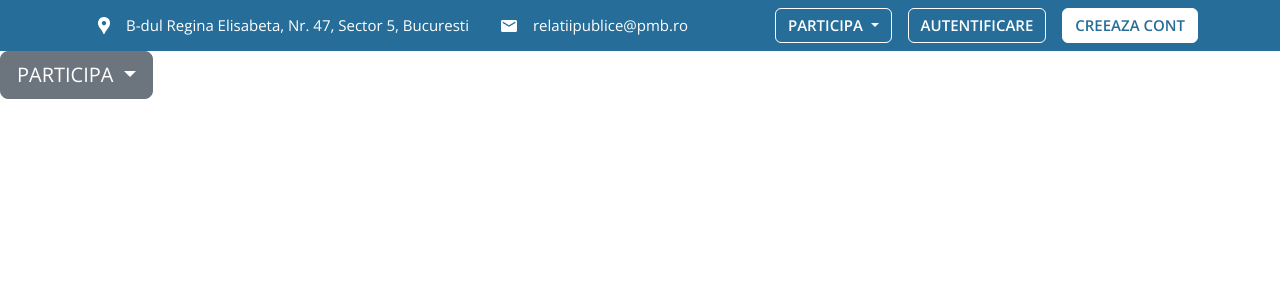
Repository: cosmin05072018/webis-task
Page: index.html
The author's editor kept a copy of each file at every save. The page is drawn from the files as they stood at one save, then again after the next save.
The browser window is 1280 px wide. The pictures show the whole page.

Above is the page before, as saved 2024-09-29 13:27:39.

### index.html
<!DOCTYPE html>
<html lang="en">
<head>
    <meta charset="UTF-8">
    <meta name="viewport" content="width=device-width, initial-scale=1.0">
    <title>Platforma-Bugetare</title>
    <link href="https://cdn.jsdelivr.net/npm/bootstrap@5.3.3/dist/css/bootstrap.min.css" rel="stylesheet" integrity="sha384-QWTKZyjpPEjISv5WaRU9OFeRpok6YctnYmDr5pNlyT2bRjXh0JMhjY6hW+ALEwIH" crossorigin="anonymous">
    <link rel="stylesheet" href="./assets/css/style.css">
</head>
<body>
<div class="container-fluid p-0">
  <div class="container navbar-top">
    <div class="d-flex justify-content-between align-items-center">
      <div class="d-flex left-section">
        <div class="p-3 d-flex align-items-center gap-3">
          <img class="location" src="./assets/images/location.png" alt="location">
          <p class="text-white m-0">B-dul Regina Elisabeta, Nr. 47, Sector 5, Bucuresti</p>
        </div>
        <div class="p-3 d-flex align-items-center gap-3">
          <img class="mail" src="./assets/images/mail.png" alt="location">
          <p class="text-white m-0">relatiipublice@pmb.ro</p>
        </div>
      </div>
      <div class="d-flex right-section">
        <div class="dropdown">
          <button class="btn rounded dropdown-toggle" type="button" id="dropdownMenuButton1" data-bs-toggle="dropdown" aria-expanded="false">
            PARTICIPA
          </button>
          <ul class="dropdown-menu" aria-labelledby="dropdownMenuButton1">
            <li><a class="dropdown-item" href="#">Depune un proiect</a></li>
            <li><a class="dropdown-item" href="#">Proiectele mele</a></li>
            <li><a class="dropdown-item" href="#">Proiecte favorite</a></li>
          </ul>
        </div>
          <a href="#" class="btn">AUTENTIFICARE</a>
          <a href="#" class="btn">CREEAZA CONT</a>
      </div>
    </div>
  </div>
</div>
<!-- Large button groups (default and split) -->
<div class="btn-group">
  <button class="btn btn-secondary btn-lg dropdown-toggle" type="button" data-bs-toggle="dropdown" aria-expanded="false">
    PARTICIPA
  </button>
  <ul class="dropdown-menu">
    <li><a class="dropdown-item" href="#">Depune un proiect</a></li>
            <li><a class="dropdown-item" href="#">Proiectele mele</a></li>
            <li><a class="dropdown-item" href="#">Proiecte favorite</a></li>
  </ul>
</div>
  <script src="https://cdn.jsdelivr.net/npm/bootstrap@5.3.3/dist/js/bootstrap.bundle.min.js" integrity="sha384-YvpcrYf0tY3lHB60NNkmXc5s9fDVZLESaAA55NDzOxhy9GkcIdslK1eN7N6jIeHz" crossorigin="anonymous"></script>
</body>
</html>

### assets/css/style.css
@import url("https://fonts.googleapis.com/css2?family=Open+Sans:ital,wght@0,300..800;1,300..800&display=swap");

:root {
  --bg-color: #266e99;
  --white: #ffffff;
  --text-hover: #4f4f4f;
  --text-blue: #266e99;
}

* {
  font-family: Open Sans;
  box-sizing: border-box;
}

.container-fluid {
  background-color: var(--bg-color);
}

.location {
  width: 12px;
  height: 17px;
}

.navbar-top p {
  font-family: Open Sans;
  font-size: 15px;
  font-weight: 400;
  line-height: 19px;
  text-align: left;
}

.navbar-top .location {
  width: 12px;
  height: 17px;
}

.navbar-top .mail {
  width: 16px;
  height: 12px;
}

.right-section {
  gap: 16px;
}

.right-section .btn {
  border: 1.5px solid var(--white);
  font-weight: 600;
  font-family: Open Sans;
  font-size: 15px;
  line-height: 20.43px;
}

.right-section .btn:nth-child(1),
.right-section .btn:nth-child(2) {
  color: var(--white);
  font-size: 15px !important;
}

.right-section .btn:last-child {
  color: var(--text-blue);
  background-color: var(--white);
}

.right-section .dropdown .dropdown-menu {
  transform: translate3d(0px, 33px, 0px) !important;
  font-size: 12px;
  text-align: center;
}

After the next save:
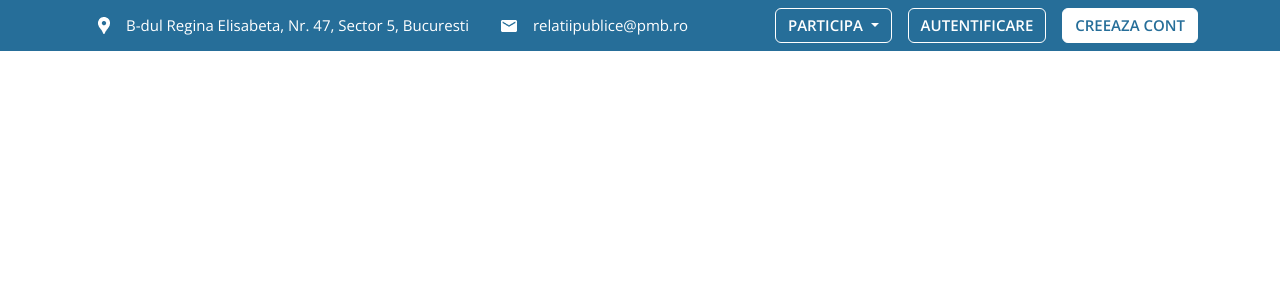
Saved 65 s later.
--- a/index.html
+++ b/index.html
@@ -38,17 +38,6 @@
     </div>
   </div>
 </div>
-<!-- Large button groups (default and split) -->
-<div class="btn-group">
-  <button class="btn btn-secondary btn-lg dropdown-toggle" type="button" data-bs-toggle="dropdown" aria-expanded="false">
-    PARTICIPA
-  </button>
-  <ul class="dropdown-menu">
-    <li><a class="dropdown-item" href="#">Depune un proiect</a></li>
-            <li><a class="dropdown-item" href="#">Proiectele mele</a></li>
-            <li><a class="dropdown-item" href="#">Proiecte favorite</a></li>
-  </ul>
-</div>
   <script src="https://cdn.jsdelivr.net/npm/bootstrap@5.3.3/dist/js/bootstrap.bundle.min.js" integrity="sha384-YvpcrYf0tY3lHB60NNkmXc5s9fDVZLESaAA55NDzOxhy9GkcIdslK1eN7N6jIeHz" crossorigin="anonymous"></script>
 </body>
 </html>
